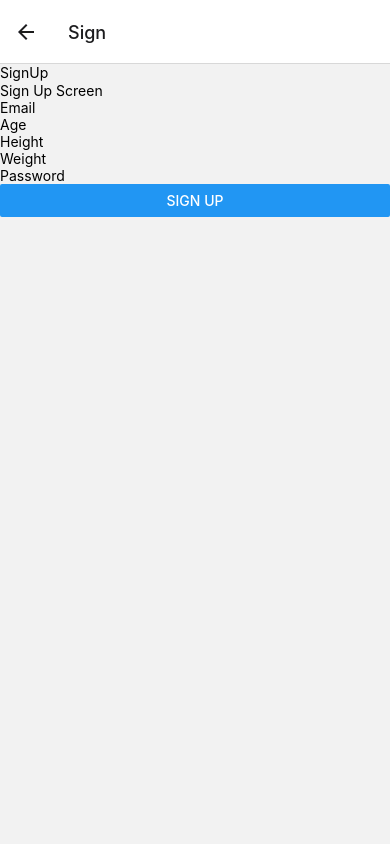
Repository: kgayathridevi/pregband
Screen: /Sign
These files come from the project's save history. The screen is drawn as it stood at one moment and after the next save; the edit follows.
The app was drawn by React Native's web renderer in a window 390 px wide. The project was rebuilt for these pictures with package versions that can differ from the ones it lists, and the page was loaded fresh each time. Also part of the build but not shown: component/Home.jsx.

Above is the screen before, as saved 2023-04-28 15:38:02.

After the next save:
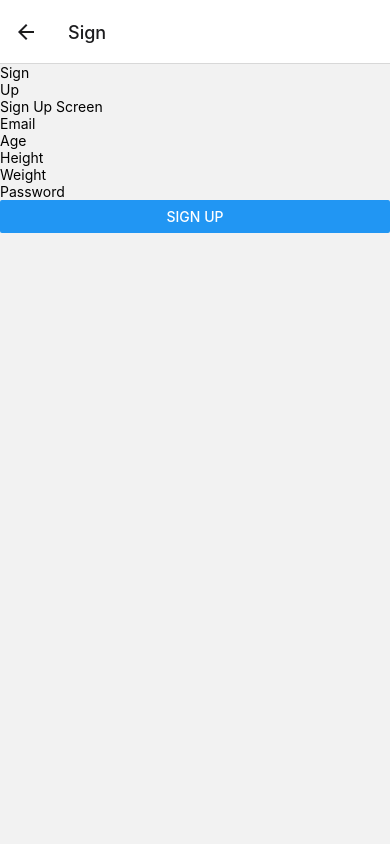
Saved 71 s later.
--- a/component/SignUpScreen.jsx
+++ b/component/SignUpScreen.jsx
@@ -7,10 +7,10 @@ const SignUpScreen = ({ navigation }) => {
     <SafeAreaView>
       <View>
         <View></View>
-        <view>
+        <View>
           <Text>Sign</Text>
           <Text>Up</Text>
-        </view>
+        </View>
       </View>
       <View></View>
       <Text>Sign Up Screen</Text>
